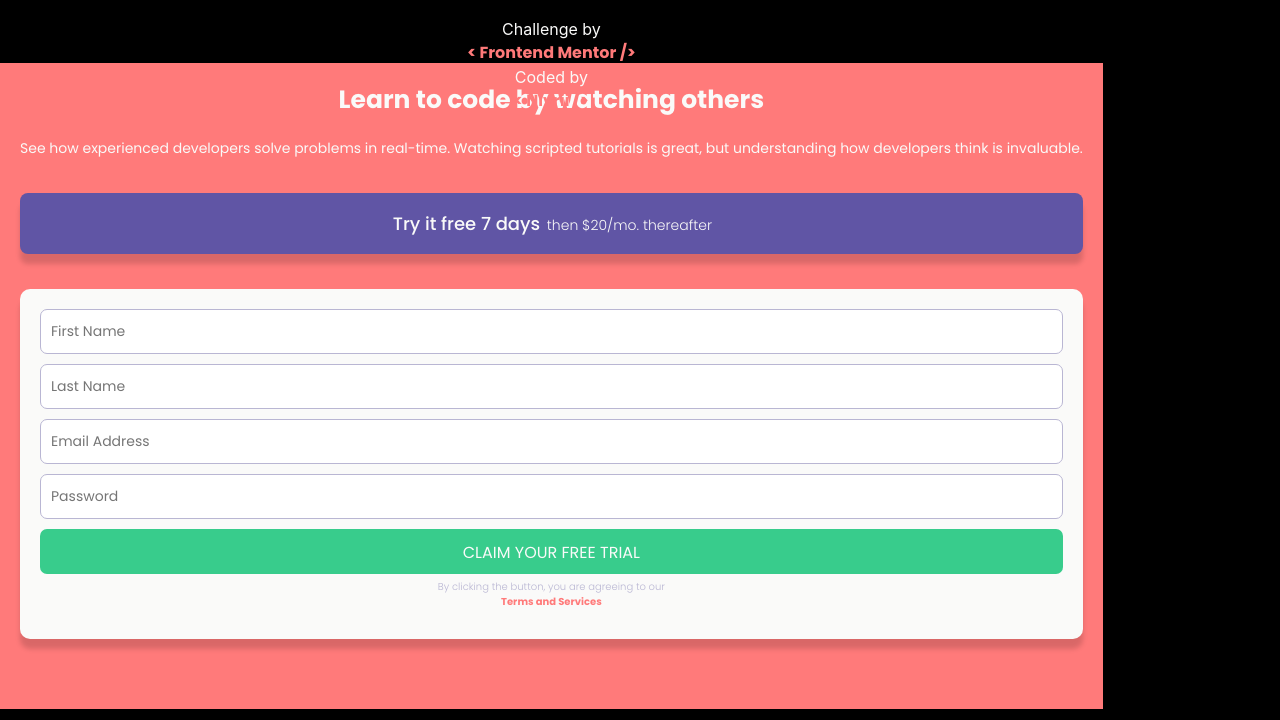
Repository: nivrii/intro-component-with-signup
Page: /
The author's editor kept a copy of each file at every save. The page is drawn from the files as they stood at one save, then again after the next save.
The browser window is 1280 px wide. The pictures show the whole page.
The project was rebuilt for these pictures with package versions that can differ from the ones it lists, and the page was loaded fresh each time. Also part of the build but not shown: vite.config.js.

Above is the page before, as saved 2023-10-14 14:05:41.

### src/App.jsx
import { Footer } from './Footer/Footer';
import { Form } from './Form/Form';
import { Card } from './Card/Card';
import { Content } from './Content/Content';
import "./App.css";

function App() {

  return (
    <div className='UI'>
      <div className="container">
        <Content     />
        <Card     />
        <Form   />
      </div>
      <div className="close success">
        <h4>Thank you for signing up!</h4>
        <p>

        </p>
      </div>
      <Footer    />
    </div>
  );
}

export default App;

### src/Footer/Footer.jsx
import "./Footer.css";
export function Footer() {
  const frontend = '< Frontend Mentor />';
  const coder = "< Nivrii />";
  return (
    <footer>
      <p className="attribution">
        Challenge by{" "}
        <a
          href="https://www.frontendmentor.io?ref=challenge"
          target="_blank"
          rel="noreferrer"
        >
          {frontend}
        </a>
         Coded by{" "}
        <a href="https://github.com/nivrii/intro-component-with-signup">
          {coder}
        </a>
      </p>
    </footer>
  );
}

### src/Form/Form.jsx
import "./Form.css";
import { useState } from "react";
import errorIcon from "../../public/images/icon-error.svg";

export function Form() {
  const [fName, setFName] = useState("");
  const [lName, setLName] = useState("");
  const [email, setEmail] = useState("");
  const [password, setPassword] = useState("");

  const [fNameEmpty, setFNameEmpty] = useState(false);
  const [lNameEmpty, setLNameEmpty] = useState(false);
  const [emailEmpty, setEmailEmpty] = useState(false);
  const [passEmpty, setPassEmpty] = useState(false);

  const handleFirstName = (e) => {
    e.preventDefault();
    let value = e.target.value;
    value === "" ? setFNameEmpty(true) : setFNameEmpty(false);
    setFName(value);
  };
  const handleLastName = (e) => {
    e.preventDefault();
    let value = e.target.value;
    value === "" ? setLNameEmpty(true) : setLNameEmpty(false);
    setLName(value);
  };
  const handleEmail = (e) => {
    e.preventDefault();
    let value = e.target.value;
    value === "" ? setEmailEmpty(true) : setEmailEmpty(false);
    setEmail(value);
  };
  const handlePassword = (e) => {
    e.preventDefault();
    let value = e.target.value;
    value === "" ? setPassEmpty(true) : setPassEmpty(false);

    setPassword(value);
  };
  const handleSubmit = (e) => {
    e.preventDefault();
    if (fName === "") {
      setFNameEmpty(true);
      document.querySelector(".fName-input").classList.add("input-error");
      return
    }
    if (lName === "") {
      setLNameEmpty(true);
      document.querySelector(".lName-input").classList.add("input-error");
      return
    }
    if (email === "") {
      setEmailEmpty(true);
      document.querySelector(".email-input").classList.add("input-error");
      return
    }
    if (password === "") {
      setPassEmpty(true);
      document.querySelector(".password-input").classList.add("input-error");
      return
    }
     else {
      setFName("");
      setEmail("");
      setLName("");
      setPassword("");
      document.querySelector(".container").classList.add("close")
      document.querySelector(".success").classList.remove("close")
    }
    console.log(fName, lName, email, password)
  };

  return (
    <form action="submit" className="form" onSubmit={(e) => e.preventDefault()}>
      <div className="input-enclose">
        {fNameEmpty && (
          <img src={errorIcon} alt="error-icon" className="error-icon" />
        )}
        <input
          type="text"
          placeholder="First Name"
          value={fName}
          className="input fName-input"
          onChange={(e) => handleFirstName(e)}
          onKeyDown={() =>
            document
              .querySelector(".fName-input")
              .classList.remove("input-error")
          }
        />
        <div className="err-enclose">
          {fNameEmpty && (
            <div className=" err err-fName">First Name Cannot Be Empty</div>
          )}
        </div>
      </div>

      <div className="input-enclose">
        {lNameEmpty && (
          <img src={errorIcon} alt="error-icon" className="error-icon" />
        )}
        <input
          type="text"
          placeholder="Last Name"
          value={lName}
          className="input lName-input"
          onChange={(e) => handleLastName(e)}
          onKeyDown={() =>
            document
              .querySelector(".lName-input")
              .classList.remove("input-error")
          }
        />
        <div className="err-enclose">
          {lNameEmpty && (
            <div className=" err err-lName">Last Name Cannot Be Empty</div>
          )}
        </div>
      </div>

      <div className="input-enclose">
        {emailEmpty && (
          <img src={errorIcon} alt="error-icon" className="error-icon" />
        )}
        <input
          type="email"
          placeholder="Email Address"
          value={email}
          className="input email-input"
          onChange={(e) => handleEmail(e)}
          onKeyDown={() =>
            document
              .querySelector(".email-input")
              .classList.remove("input-error")
          }
        />
        <div className="err-enclose">
          {emailEmpty && (
            <div className="err err-email">Email Cannot Be Empty</div>
          )}
          <div className=" err miss-email">
            That does not look like an email
          </div>
        </div>
      </div>

      <div className="input-enclose">
        {passEmpty && (
          <img src={errorIcon} alt="error-icon" className="error-icon" />
        )}
        <input
          type="password"
          placeholder="Password"
          value={password}
          className="input password-input"
          onChange={(e) => handlePassword(e)}
          onKeyDown={() =>
            document
              .querySelector(".password-input")
              .classList.remove("input-error")
          }
        />
        <div className="err-enclose">
          {passEmpty && (
            <div className="  err err-password">Password Cannot Be Empty</div>
          )}
        </div>
      </div>

      <button type="submit" className="btn" onClick={(e) => handleSubmit(e)}>
        Claim your free trial
      </button>
      <div className="pWrap">
        <p>By clicking the button, you are agreeing to our</p>
        <p>Terms and Services</p>
      </div>
    </form>
  );
}

### src/Card/Card.jsx
import "./Card.css";
export function Card() {
  return (
      <div className="card__content">
        <p><span>Try it free 7 days </span>
        then $20/mo. thereafter</p>
      </div>
  );
}

### src/Content/Content.jsx
import "./Content.css";
export function Content() {
  return (
    <div className="content">
      <h4>Learn to code by watching others</h4>
      <p>
        See how experienced developers solve problems in real-time. Watching
        scripted tutorials is great, but understanding how developers think is
        invaluable.
      </p>
    </div>
  );
}

### src/App.css
* {
  box-sizing: border-box;
  border: 0;
  padding: 0;
}
:root {
  /*Primary colors*/
  --red: hsl(0, 100%, 74%);
  --green: hsl(154, 59%, 51%);
  /*Accent colors*/
  --blue: hsl(248, 32%, 49%);
  --white: #fafaf9;
  /*Neutral colors*/
  --dark-blue: hsl(249, 10%, 26%);
  --grayish-blue: hsl(246, 25%, 77%);
  /*typography*/
  --fSize: 14px;
  --w4: 400;
  --w5: 500;
  --w6: 600;
  --w7: 700;
}
@font-face {
  font-family: "Poppins-bold";
  src: url(./assets/Fonts/poppins/Poppins-Bold.otf) format("opentype");
}
@font-face {
  font-family: "Poppins-regular";
  src: url(./assets/Fonts/poppins/Poppins-Regular.otf) format("opentype");
}
@font-face {
  font-family: "Poppins-medium";
  src: url(./assets/Fonts/poppins/Poppins-Medium.otf) format("opentype");
}
@font-face {
  font-family: "Poppins-light";
  src: url(./assets/Fonts/poppins/Poppins-Light.otf) format("opentype");
}
body {
  background-color: #000;
}
.UI {
  display: grid;
  grid-template-rows: a, a, b;
}
.container {
  display: flex;
  flex-direction: column;
  align-items: center;
  justify-content: center;
  grid-area: a;
  width: 100%;
  background-color: var(--red);
  padding: 50px 20px 70px;
  margin: 0;
}
.close {
  display: none;
}

### src/Footer/Footer.css
@import url(../App.css);

footer {
  grid-area: b;
  width: 100%;
  height: 10vh;
  background-color: #000 !important;
  margin: -20px 0 0;
  padding: 10px;
}
.attribution {
  color: var(--white);
  font-family: "Poppins-regular" sans-serif;
  display: flex;
  flex-direction: column;
  text-align: center;
  & a {
    color: var(--red);
    font-family: "Poppins-bold", sans-serif;
    text-decoration: none;
    &:hover {
      color: var(--white);
      text-decoration: line-through;
    }
  }
}

### src/Form/Form.css
@import url(../App.css);

.form {
  display: flex;
  flex-direction: column;
  background-color: var(--white);
  width: 100%;
  margin-top: 15px;
  padding: 20px;
  gap: 10px;
  border-radius: 10px;
  box-shadow: 0 10px 5px rgba(0, 0, 0, 0.15);
  & .input,
  .btn {
    height: 45px;
    width: 100%;
    border-radius: 7px;
    font-family: "Poppins-regular", sans-serif;
    -webkit-transition: 0.5s;
    transition: 0.5s;
  }
  & .input-error {
    border: 1px solid var(--red) !important;
    color: var(--red) !important;
    outline: none;
    &:focus {
      border: 2px solid var(--red) !important;
    }
    &::placeholder {
      color: var(--red);
    }
  }
  & .input-enclose {
    display: flex;
    flex-direction: column;
    .input {
      border: 1px solid var(--grayish-blue);
      padding-left: 10px;
      font-size: var(--fSize);
    }
    & .err-enclose {
      display: flex;
      justify-content: flex-end;
      align-items: center;
      & .err {
        display: block;
        color: var(--red);
        border-radius: 7px;
        height: 15px;
        width: auto;
        margin-left: calc(100% - width);
        padding: 5px;
        font-size: 10px;
        font-family: "Poppins-light", sans-serif;
      }
      & .miss-email {
        display: none;
      }
    }
    & .error-icon {
      position: absolute;
      padding: 2px;
      right: 50px;
      width: 25px;
      height: 25px;
      margin-top: 10px;
      margin-right: 10px;
    }
  }
  & .btn {
    background-color: var(--green);
    color: var(--white);
    text-transform: uppercase;
    transition-duration: 0.3s;
    transition-timing-function: ease;
    &:hover {
      transform: scale(1.05);
    }
  }
  & .pWrap {
    padding: 10px;
    text-align: center;
    margin-top: -15px;
    & * {
      margin: 0;
      font-size: 10px;
    }
    & p:nth-child(1) {
      font-family: "Poppins-light", sans-serif;
      color: var(--grayish-blue);
    }
    & p:nth-child(2) {
      font-family: "Poppins-bold", sans-serif;
      color: var(--red);
    }
  }
}

### src/Card/Card.css
@import url(../App.css);

.card__content{
    width: 100%;
    background-color: var(--blue);
    border-radius: 8px;
    padding: 15px 40px;
    margin: 20px 0;
    box-shadow: 0 10px 5px rgba(0, 0, 0, 0.15);
    & *{
        color: var(--white);
        text-align: center;
        margin: 2px;
    }& span{
        font-size: 18px;
        font-family: 'Poppins-medium', sans-serif;
    }
    & p{
        font-family: 'Poppins-light', sans-serif;
        font-size: var(--fSize);

    }
}

### src/Content/Content.css
@import url(../App.css);

.content {
  & * {
    color: var(--white);
    text-align: center;
  }
  & h4 {
    font-size: 25px;
    margin: 20px;
    font-family: 'Poppins-bold', sans-serif;
  }
  & p {
    font-size: var(--fSize);
    font-family: 'Poppins-regular', sans-serif;
  }
}

Loaded but not shown: index.html (common file); src/main.jsx (common file); src/index.css (common file)

After the next save:
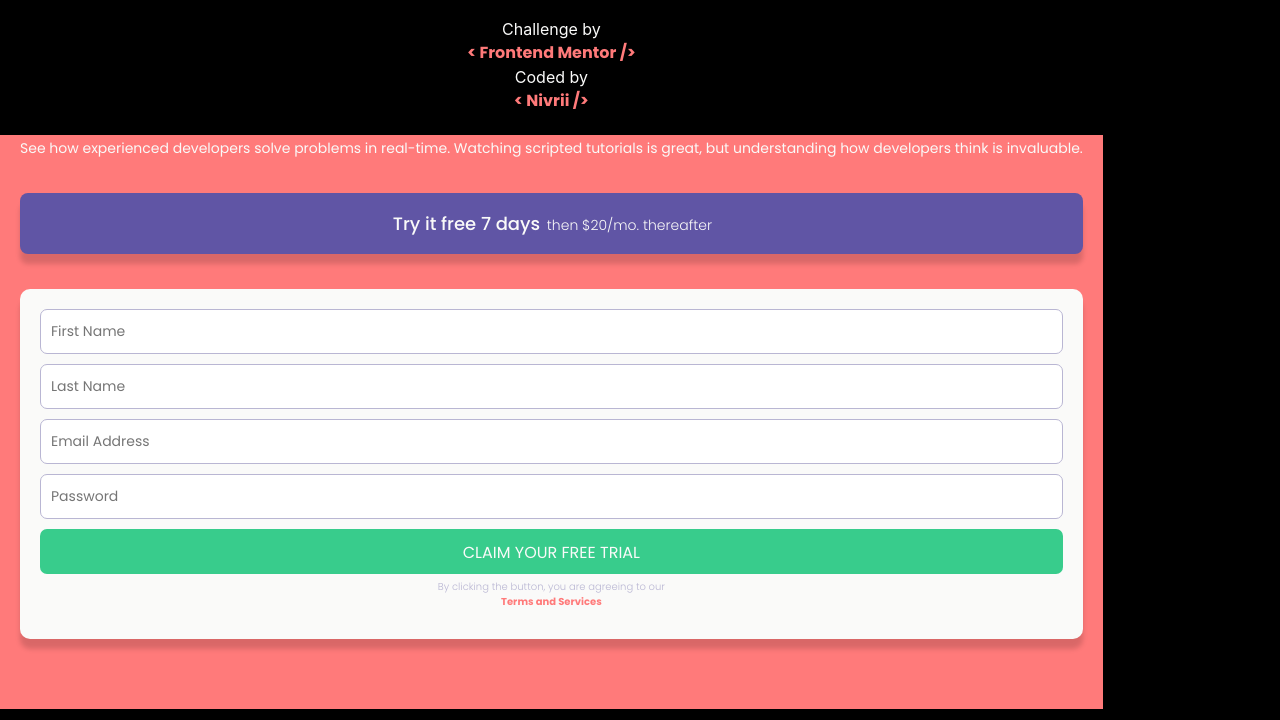
Saved 8 s later.
--- a/src/Footer/Footer.css
+++ b/src/Footer/Footer.css
@@ -3,7 +3,7 @@
 footer {
   grid-area: b;
   width: 100%;
-  height: 10vh;
+  height: 20vh;
   background-color: #000 !important;
   margin: -20px 0 0;
   padding: 10px;
